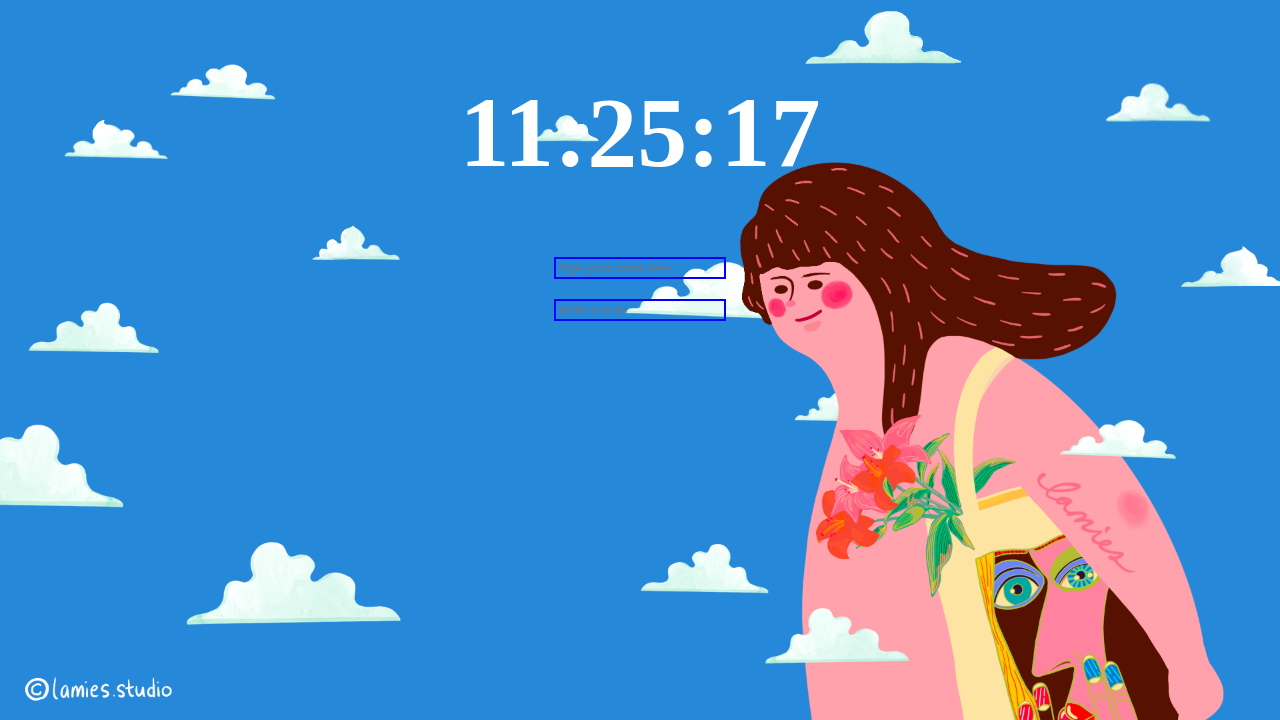
Repository: haleyjung/chrome_app
Page: index.html
An editor plug-in stored every save of this project. The page is shown before and after a run of saves, followed by the edit.
The browser window is 1280 px wide. The pictures show the whole page.
Some web fonts or font styles are not loaded; a fallback is used.

Above is the page before, as saved 2020-11-23 15:25:31.

### index.html
<!DOCTYPE html>
<html lang="en">
<head>
    <meta charset="UTF-8" />
    <meta name="viewport" content="width=device-width, initial-scale=1.0">
    <title>Chrome App</title>
    <link rel="stylesheet" href="index.css">
</head>
<body>

    <div class="js-clock">
        <h1>00:00</h1>
    </div>

    <div class="js-name name"></div>

    <div>
        <form class="js-form form">
            <input type="text" placeholder="What is your name?" />
        </form>
    </div>

    <h4 class="js-greetings greetings"></h4>

    <form class="js-toDoForm">
        <input type="text" placeholder="Write a to do" />
    </form>
    <ul class="js-toDoList">
    </ul>
    <span class="js-weather"></span>

    <script src="js/clock.js"></script>
    <script src="js/greeting.js"></script>
    <script src="js/todo.js"></script>
    <script src="js/bg.js"></script>
    <script src="js/weather.js"></script>
</body>

### index.css
@import url("https://fonts.googleapis.com/css2?family=Nerko+One&display=swap");

* {
  font-family: "Nerko One", cursive;
}

body {
  background-color: palevioletred;
  color: white;
  display: flex;
  flex-direction: column;
  justify-content: center;
  align-items: center;
}

.js-clock {
  display: flex;
  justify-content: center;
  align-items: center;
  font-size: 50px;
}

.js-form,
.js-toDoForm {
  background-color: none;
}

.btn {
  cursor: pointer;
}

input {
  border: 2px solid blue;
  margin-bottom: 20px;
  background-color: transparent;
}

.form,
.greetings {
  display: none;
}

.showing {
  display: block;
}

@keyframes fadeIn {
  from {
    opacity: 0;
  }
  to {
    opacity: 1;
  }
}

.bgImage {
  position: absolute;
  top: 0;
  left: 0;
  width: 100%;
  height: 100%;
  z-index: -1;
  animation: fadeIn 0.5s linear;
}

### js/clock.js
const clockContainer = document.querySelector(".js-clock"),
    clockTitle = clockContainer.querySelector("h1");

function getTime() {
    const date = new Date();
    const minutes = date.getMinutes();
    const hours = date.getHours();
    const seconds = date.getSeconds();
    clockTitle.innerText = `${hours < 10 ? `0${hours}` : hours}:${
        minutes < 10 ? `0${minutes}` : minutes
    }:${seconds < 10 ? `0${seconds}` : seconds}`;
}

function init() {
    getTime();
    setInterval(getTime, 1000);
}

init();

### js/greeting.js
const nameContainer = document.querySelector(".js-name");

function paintName(name) {
    nameContainer.innerHTML = "";
    const title = document.createElement("span");
    title.className = "name__text";
    title.innerHTML = `Hello ${name}`;
    nameContainer.appendChild(title);
}

function handleSubmit(event) {
    event.preventDefault();
    const form = event.target;
    const input = form.querySelector("input");
    const value = input.value;
    localStorage.setItem("username", value);
    paintName(value);
}

function paintInput() {
    const input = document.createElement("input");
  input.placeholder = "Type your name here";
  input.type = "text";
  input.className = "name__input";
  const form = document.createElement("form");
  form.addEventListener("submit", handleSubmit);
  form.appendChild(input);
  nameContainer.appendChild(form);
}

function loadName(){
    const name = localStorage.getItem("username");
  if (name === null) {
    paintInput();
  } else {
    paintName(name);
  }
}

function init() {
    loadName();
}

init();

### js/todo.js
const toDoForm = document.querySelector(".js-toDoForm"),
    toDoInput = toDoForm.querySelector("input"),
    toDoList = document.querySelector(".js-toDoList");

const TODOS_LS = 'toDos';

let toDos = [];

function deleteToDo(event){
    const btn = event.target;
    const li = btn.parentNode;
    toDoList.removeChild(li);
    const cleanToDos = toDos.filter(function(toDo){
        return toDo.id !== parseInt(li.id);
    });
    toDos = cleanToDos
    saveToDos();
}

function saveToDos(){
    localStorage.setItem(TODOS_LS, JSON.stringify(toDos));
}

function paintToDo(text){
    const li = document.createElement("li");
    const delBtn = document.createElement("button");
    const span = document.createElement("span");
    const newId = toDos.length + 1;
    delBtn.innerText = "❌";
    delBtn.addEventListener("click", deleteToDo);
    span.innerText = text;
    li.appendChild(delBtn);
    li.appendChild(span);
    li.id = newId;
    toDoList.appendChild(li);
    const toDoObj = {
        text: text,
        id: newId
    };
    toDos.push(toDoObj);
    saveToDos();
}

function handleSubmit(event){
    event.preventDefault();
    const currentValue = toDoInput.value;
    paintToDo(currentValue);
    toDoInput.value = "";
}

function loadToDos() {
    const loadedToDos = localStorage.getItem(TODOS_LS);
    if(loadedToDos !== null){
        const parsedToDos = JSON.parse(loadedToDos);
        parsedToDos.forEach(function(toDo){
            paintToDo(toDo.text);
        });
    }
}

function init() {
    loadToDos();
    toDoForm.addEventListener("submit", handleSubmit)
}

init();

### js/bg.js
const body = document.querySelector("body");

const IMG_NUMBER = 4;

// If loading images from API, include the functions in these comments:
// function handleImgLoad(){
//     console.log('finished loading');
// }

function paintImage(imgNumber){
    const image = new Image();
    image.src = `/img/lamiesstudio-${imgNumber + 1}.png`;
    image.classList.add('bgImage');
    body.prepend(image);
    // image.addEventListener("loadend", handleImgLoad);
}

function genRandom(){
    const number = Math.floor(Math.random() * IMG_NUMBER);
    return number;
}

function init(){
    const randomNumber = genRandom();
    paintImage(randomNumber)
}

init();

### js/weather.js
const weather = document.querySelector(".js-weather");

const API_KEY = "1706261ffc689a5d0ffe73f0d2f8a925";
const COORDS = "coords";

function getWeather(lat, lng){
    fetch(`https://api.openweathermap.org/data/2.5/weather?lat=${lat}&lon=${lng}&appid=${API_KEY}&units=metric`
    ).then(function(response){
        return response.json();
    })
        .then(function(json){
        const temperature = json.main.temp;
        const place = json.name;
        weather.innerText = `${temperature} @ ${place}`;
    });
}

function saveCoords(coordsObj){
    localStorage.setItem(COORDS, JSON.stringify(coordsObj));
}

function handleGeoSuccess(position){
    const latitude = position.coords.latitude;
    const longitude = position.coords.longitude;
    const coordsObj = {
        latitude,
        longitude
    };
    saveCoords(coordsObj);
    getWeather(latitude, longitude);
}

function handleGeoError(){
    console.log('Cant access geo location');
}

function askForCoords(){
    navigator.geolocation.getCurrentPosition(handleGeoSuccess, handleGeoError);
}

function loadCoords(){
    const loadedCoords = localStorage.getItem(COORDS);
    if(loadedCoords === null){
        askForCoords();
    } else {
        const parsedCoords = JSON.parse(loadedCoords);
        getWeather(parsedCoords.latitude, parsedCoords.longitude);
    }
}

function init(){
    loadCoords();
}

init();

After the next 2 saves:
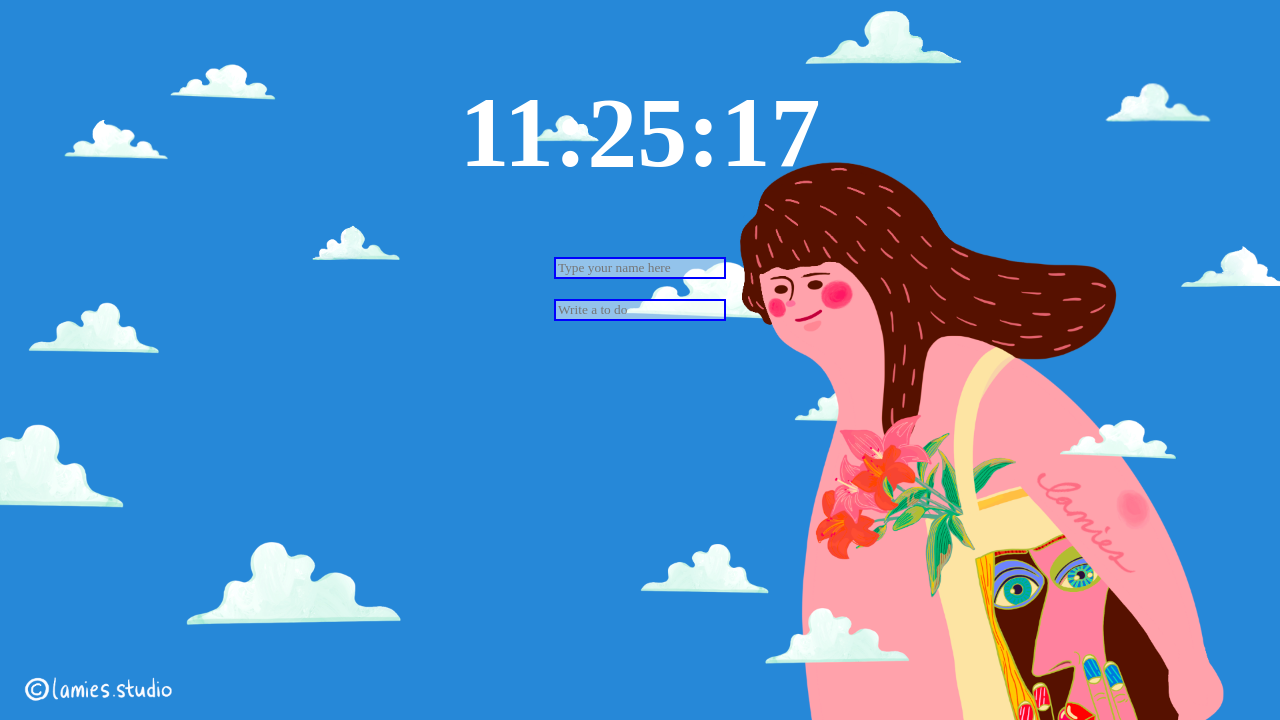
The 2 saves are shown as one change because they came seconds apart.
The last was saved 45 s later.
--- a/index.css
+++ b/index.css
@@ -32,7 +32,7 @@ body {
 input {
   border: 2px solid blue;
   margin-bottom: 20px;
-  background-color: transparent;
+  background-color: rgba(255, 255, 255, 0.5);
 }
 
 .form,
